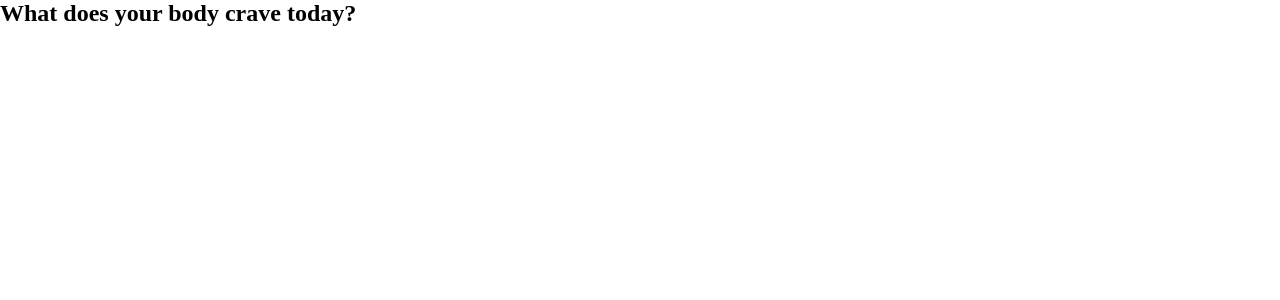
Repository: karim0829/Bella-Oter-Project
Page: index.html
An editor plug-in stored every save of this project. The page is shown before and after the next save, followed by the edit.
The browser window is 1280 px wide. The pictures show the whole page.

Above is the page before, as saved 2025-06-30 19:09:06.

### index.html
<!DOCTYPE html>
<html lang="en">
<head>
    <meta charset="UTF-8">
    <meta name="viewport" content="width=device-width, initial-scale=1.0">
    <title>Bella Oter</title>
    <link rel="stylesheet" href = "style.css">
</head>
<body>
    <form>
        <label><h1>What does your body crave today?</h1></label>
    </form>
</body>
</html>

### style.css

* {
    padding:0;
    margin:0;
}

form h1 {
    font-size:24px;
}

After the next save:
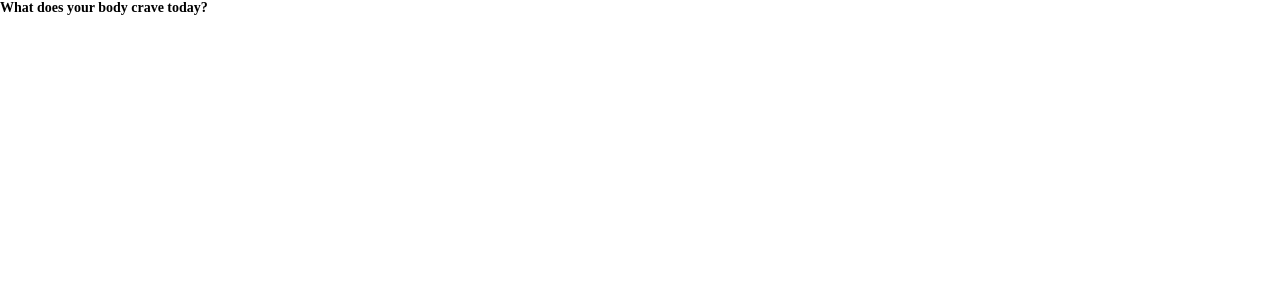
Saved 13 s later.
--- a/style.css
+++ b/style.css
@@ -5,5 +5,5 @@
 }
 
 form h1 {
-    font-size:24px;
+    font-size:14px;
 }

After the save that followed:
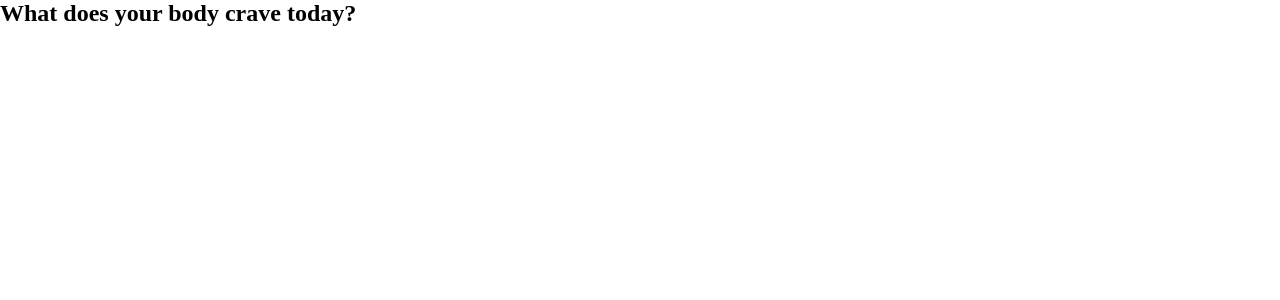
Saved 5 s later.
--- a/style.css
+++ b/style.css
@@ -5,5 +5,5 @@
 }
 
 form h1 {
-    font-size:14px;
+    font-size:24px;
 }
